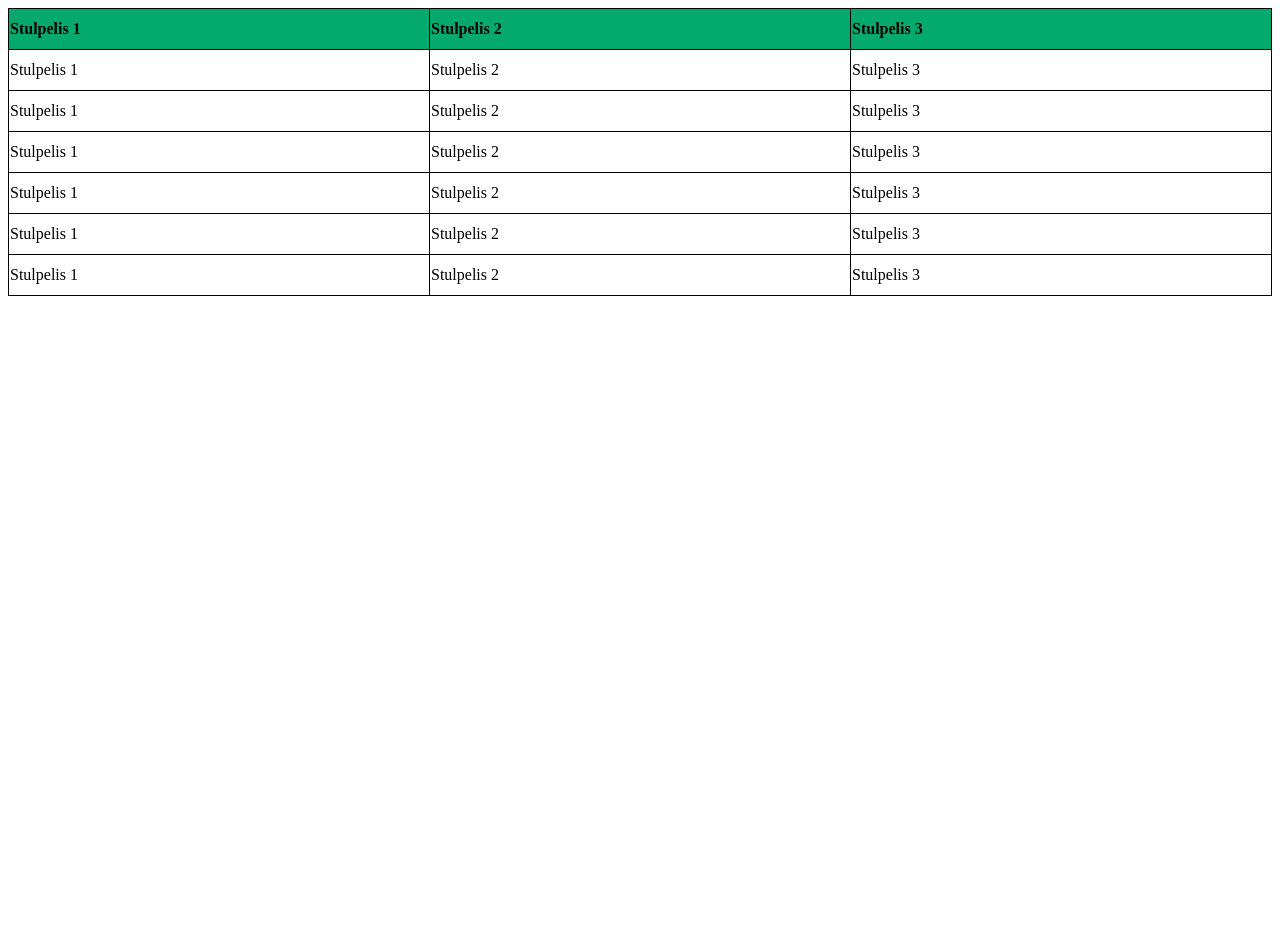
Repository: motiejus1/10-paskaita-05.31
Page: index.html
The author's editor kept a copy of each file at every save. The page is drawn from the files as they stood at one save, then again after a run of saves.
The browser window is 1280 px wide. The pictures show the part of the page from y = 0 to 952 px (the page is 3304 px tall before and 3244 px after).
Backgrounds fixed to the window are drawn as part of the page.

Above is the page before, as saved 2021-06-16 19:56:20.

### index.html
<!DOCTYPE html>
<html lang="en">
<head>
    <meta charset="UTF-8">
    <meta http-equiv="X-UA-Compatible" content="IE=edge">
    <meta name="viewport" content="width=device-width, initial-scale=1.0">
    <title>10 paskaita</title>

    <style>
        .container {
            width: 100%;
            height: 1800px;
        }


        /* Fono spalvos */

        .fonas-spalva {
            background-color: green;
            opacity: 0.7;
        }

        .fonas {
            background-color: #657AD3;
            opacity: 0.7;
        }

        .fonas-rgb {
            background-color:rgb(101, 122, 211);
            opacity: 0.7;
        }

        .fonas-rgba {
            background-color:rgba(101, 122, 211, 0.7);
        }

        /* Paveiksliukas kaip fonas */
        .paveiksliukas {
            height: 100%;
            background-image: url("https://images.unsplash.com/photo-1593642531955-b62e17bdaa9c?ixid=MnwxMjA3fDF8MHxwaG90by1wYWdlfHx8fGVufDB8fHx8&ixlib=rb-1.2.1&auto=format&fit=crop&w=750&q=80");
            background-color:grey;
            background-repeat: no-repeat;
            opacity: 0.7;
            background-attachment: fixed;
            /* background-position: 5px 5px; */
            /* background-position: center center; */
            /* background-size: 100% 100%; */
            /* background-size: contain; background-size: 100% */
            /* background-size: cover; */


        }

        table {
            border: 1px solid black;
            margin-bottom: 1200px;
            width: 100%;
            border-collapse: collapse;
        }


        td, th {
            border: 1px solid black;
        }

        th {
            text-align: left;
            padding-top: 11px;
            padding-bottom: 11px;
            background-color: #04AA6D;
        }

        td {
            padding-top: 11px;
            padding-bottom: 11px;
        }
    </style>
</head>
<body>

    <table>
        <tr>
            <th>Stulpelis 1</th>
            <th>Stulpelis 2</th>
            <th>Stulpelis 3</th>
        </tr>
        <tr>
            <td>Stulpelis 1</td>
            <td>Stulpelis 2</td>
            <td>Stulpelis 3</td>
        </tr>
        <tr>
            <td>Stulpelis 1</td>
            <td>Stulpelis 2</td>
            <td>Stulpelis 3</td>
        </tr>
        <tr>
            <td>Stulpelis 1</td>
            <td>Stulpelis 2</td>
            <td>Stulpelis 3</td>
        </tr>
        <tr>
            <td>Stulpelis 1</td>
            <td>Stulpelis 2</td>
            <td>Stulpelis 3</td>
        </tr>
        <tr>
            <td>Stulpelis 1</td>
            <td>Stulpelis 2</td>
            <td>Stulpelis 3</td>
        </tr>
        <tr>
            <td>Stulpelis 1</td>
            <td>Stulpelis 2</td>
            <td>Stulpelis 3</td>
        </tr>
    </table>

    <div class="container fonas-rgba">
        <div class="paveiksliukas">
            Tekstas
        </div>
    </div>
</body>
</html>

After the next 2 saves:
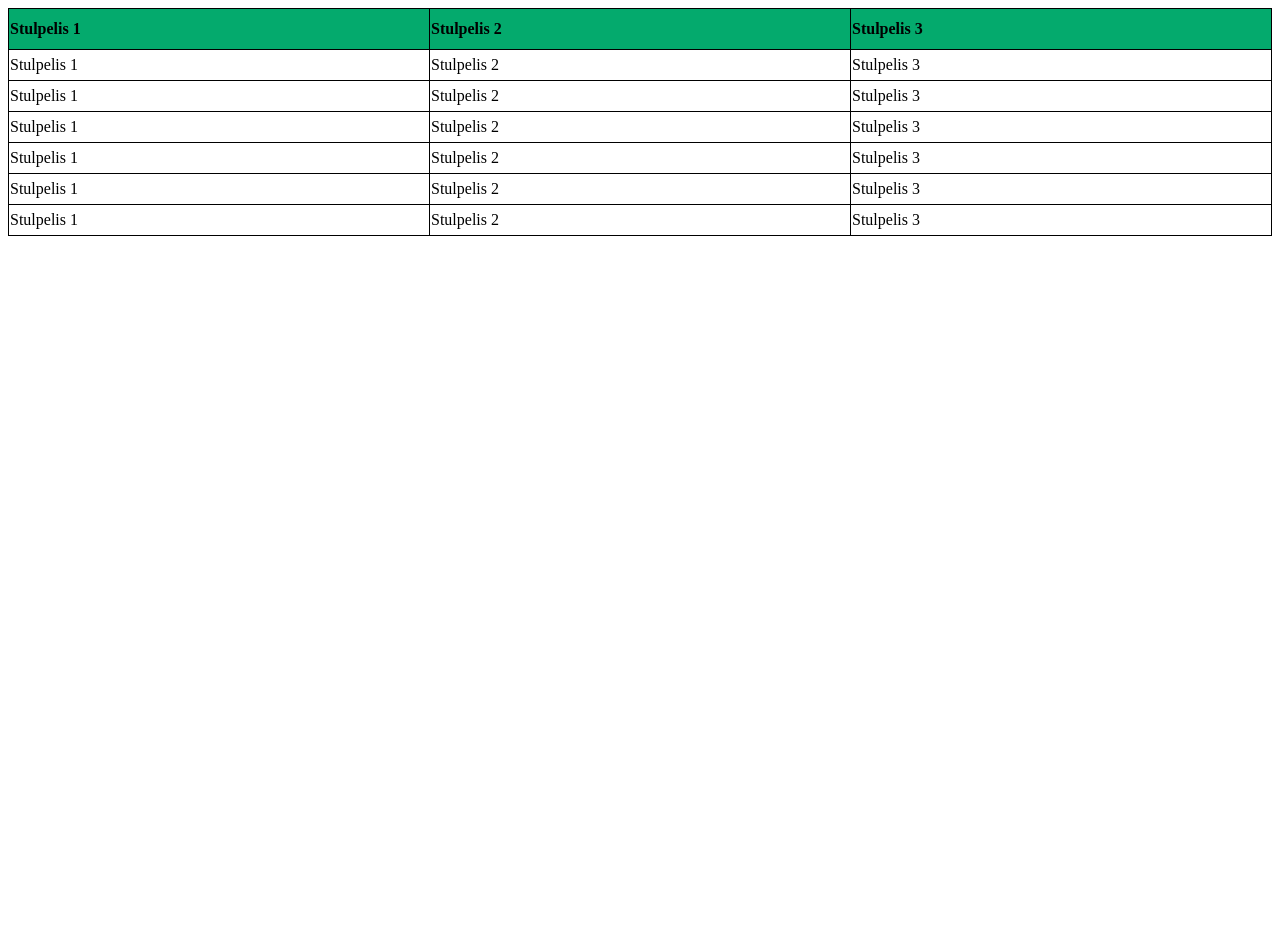
The 2 saves are shown as one change because they came seconds apart.
The last was saved 6 s later.
--- a/index.html
+++ b/index.html
@@ -71,8 +71,8 @@
         }
 
         td {
-            padding-top: 11px;
-            padding-bottom: 11px;
+            padding-top: 6px;
+            padding-bottom: 6px;
         }
     </style>
 </head>
